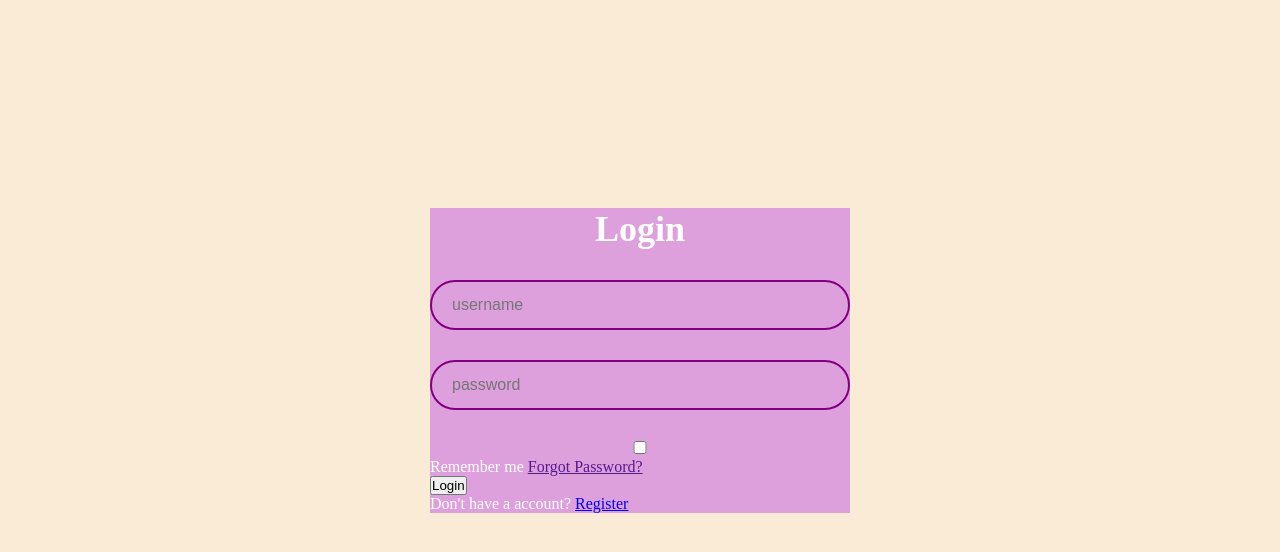
Repository: Kubraaygun/Html_Css_Login
Page: index.html
The author's editor kept a copy of each file at every save. The page is drawn from the files as they stood at one save, then again after the next save.
The browser window is 1280 px wide. The pictures show the whole page.

Above is the page before, as saved 2025-03-05 19:19:48.

### index.html
<!DOCTYPE html>
<html lang="en">
  <head>
    <meta charset="UTF-8" />
    <meta name="viewport" content="width=device-width, initial-scale=1.0" />
    <title>HTML</title>
    <link rel="stylesheet" href="style.css" />
    <link
      rel="stylesheet"
      href="https://fonts.googleapis.com/icon?family=Material+Icons"
    />
  </head>

  <body>
    <div class="container">
      <form action="">
        <!-- Baslik -->
        <h1 class="login">Login</h1>

        <!-- input alanimiz -->

        <!-- surname -->
        <div class="input-box">
          <input type="text" required placeholder="username" />
        </div>

        <!-- Password -->
        <div class="input-box">
          <input type="password" required placeholder="password" />
        </div>

        <!-- Remember me Alani -->
        <div class="remember-me">
          <label>
            <input type="checkbox" />
            Remember me
          </label>
          <a href="">Forgot Password?</a>
        </div>

        <!-- Button -->
        <button type="submit" class="button">Login</button>

        <!-- Register Link -->
        <div class="register-link">
          <p>Don't have a account? <a href="#"> Register</a></p>
        </div>
      </form>
    </div>
  </body>
</html>

### style.css
* {
  margin: 0;
  padding: 0;
  box-sizing: border-box;
}

body {
  display: flex;
  justify-content: center;
  align-items: center;
  min-height: 100vh; /* vh: Tarayici penceresinin yuksekligine gore yuzde olarak boyut belirler. 1vh pencere yuksekliginin %1ine esittir */
  background-color: antiquewhite;
}

.container {
  width: 420px;
  background-color: plum;
  color: white;
}

.login {
  font-size: 36px;
  text-align: center;
}
.input-box {
  width: 100%;
  height: 50px;
  margin: 30px 0;
}

input {
  width: 100%;
  height: 100%;
  background-color: transparent;
  border: none;
  outline: none;
  border: 2px solid purple;
  border-radius: 30px;
  font-size: 16px;
  color: purple;
  padding: 20px;
}
input:hover {
  background-color: pink;
}

.remember-me {
}

After the next save:
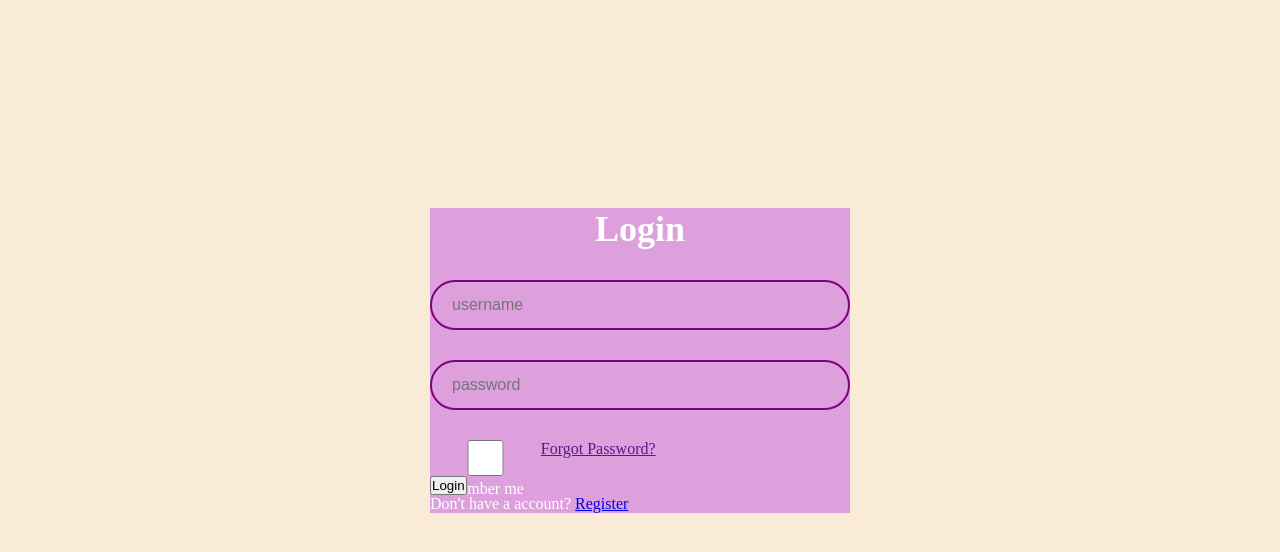
Saved 8 s later.
--- a/style.css
+++ b/style.css
@@ -45,4 +45,4 @@ input:hover {
 }
 
 .remember-me {
-}
+  display: flex;
